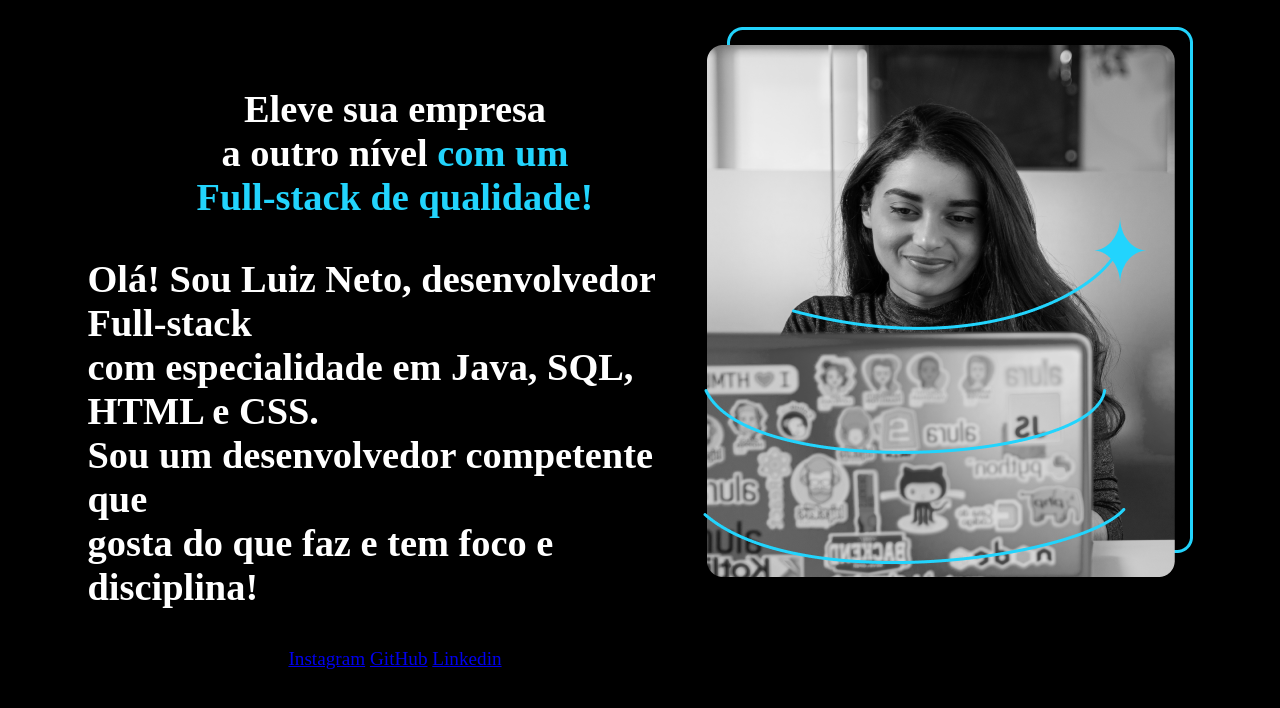
Repository: luiz123098/Sobre-mim-em-HTM-CSS
Page: htmlcss.html
The author's editor kept a copy of each file at every save. The page is drawn from the files as they stood at one save, then again after the next save.
The browser window is 1280 px wide. The pictures show the whole page.

Above is the page before, as saved 2023-03-08 14:33:08.

### htmlcss.html
</html>
<!DOCTYPE html>
<html lang="pt-br">
<head>
    <meta charset="UTF-8">
    <meta http-equiv="X-UA-Compatible" content="IE=edge">
    <meta name="viewport" content="width=device-width, initial-scale=1.0">
    <title>Projeto Estudos</title>
    <link rel="stylesheet" href="style.Css">
</head>
<body>
    <main>
        <div class="flex-container">
            <div
                class="parte_esquerda">
                <h1>
                    Eleve sua empresa<br>
                    a outro nível
                    <strong
                        class="texto_em_destaque">
                        com um<br>Full-stack de qualidade!
                    </strong>
                    <p class="biografia">
                        Olá! Sou Luiz Neto, desenvolvedor Full-stack<br>
                        com especialidade em Java, SQL, HTML e CSS.<br>
                        Sou um desenvolvedor competente que<br>
                        gosta do que faz e tem foco e disciplina!
                    </p>
                </h1>
                <a href="https://www.instagram.com/luiz.alencar2/">
                    Instagram</a>
                <a href="https://github.com/luiz123098">
                    GitHub</a>
                <a href="https://www.linkedin.com/in/luiz-neto-alencar-b843651a9/">
                    Linkedin</a>
            </div>
            <p class="segunda_box">
                <img src="Imagem.png" alt="Não foi possivel encontrar a imagem"><br>
            </p>
        </div>
    </main>
    <footer>

    </footer>
</body>

### style.Css
body{
    background-color: black;
    color: white;
    text-align: center;
}

.biografia{
    font-size: 100%;
    text-align: left;
}

.intro{
    text-align: left;
}

.texto_em_destaque{
    color: #22D4FD;
}

.texto_editado{
    font-weight: bold;
}

.formacao{
    color: #22D4FD;
    border: 1px solid #22D4FD;
    padding: 10px;
}

div.parte_esquerda{
    text-align: center;
    height: 482px;
    width: 615px;
    left: 357px;
    top: 278px;
    border-color: #22D4FD;
    border-radius: 500px;
}

.flex-container {
    display: flex;
    /*isso centraliza o texto horizontalmente*/
    justify-content: center;
    /*isso centraliza o texto verticalmente*/
    align-items: center;

    border-radius: 500px;
    height: auto;
    color: #fff;
    font-size: 1.2rem;
}

After the next save:
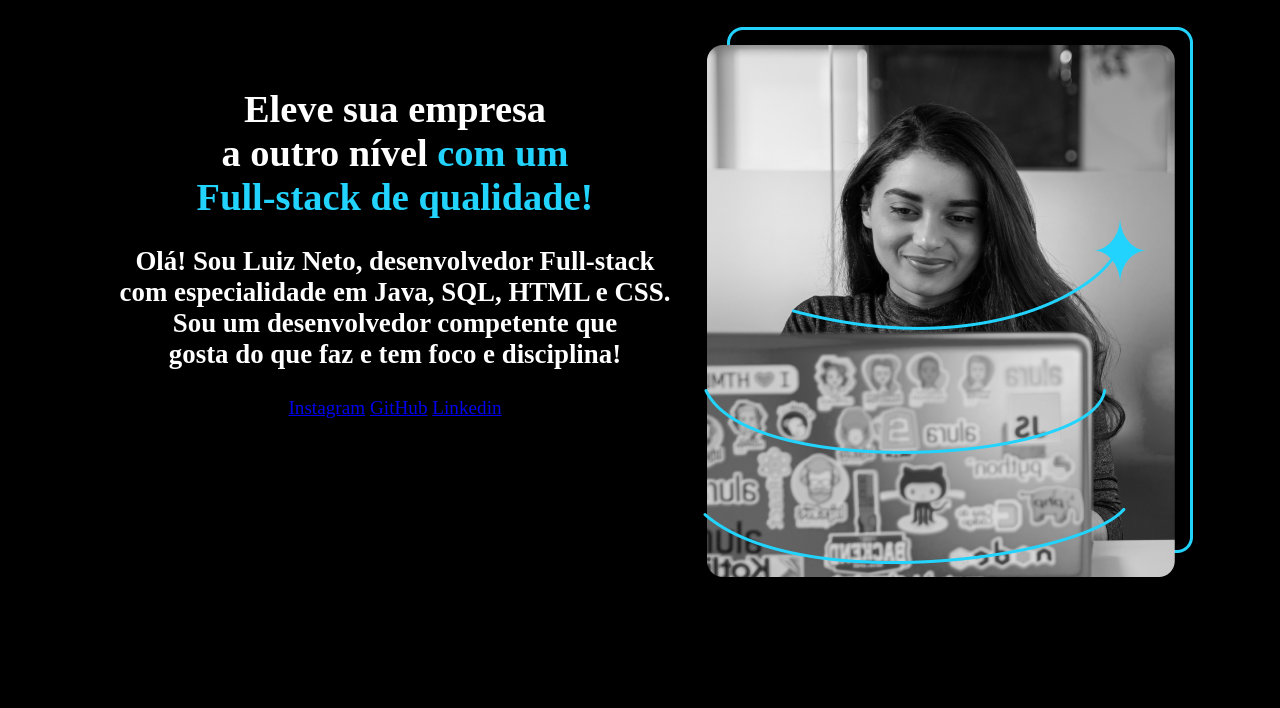
Saved 1 s later.
--- a/style.Css
+++ b/style.Css
@@ -5,12 +5,8 @@
 }
 
 .biografia{
-    font-size: 100%;
-    text-align: left;
-}
-
-.intro{
-    text-align: left;
+    font-size: 70%;
+    text-align: center;
 }
 
 .texto_em_destaque{
